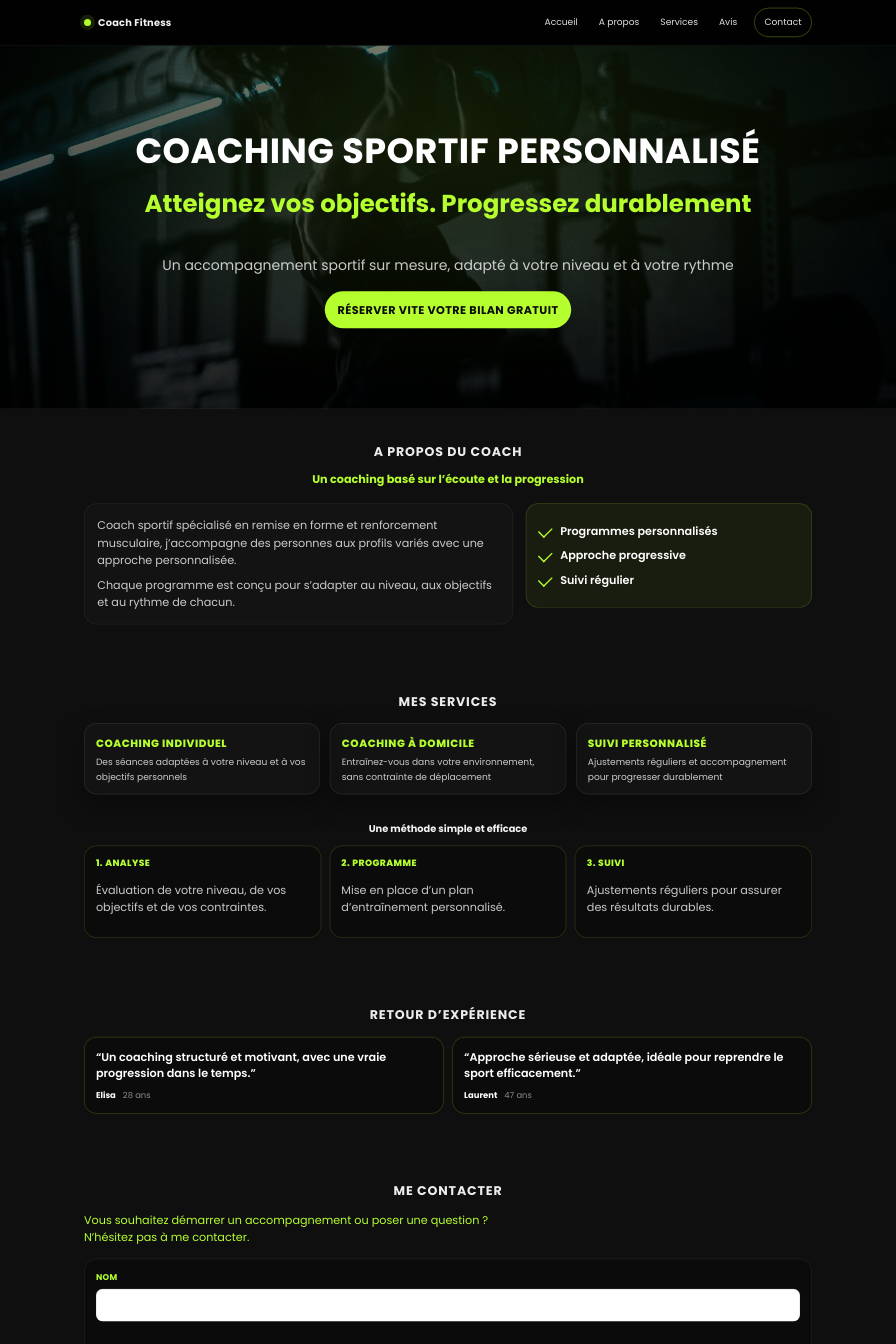
Repository: ThomasHdrd/CoachFitness
Page: index.html
These files come from the project's save history. The page is drawn as it stood at one moment and after the next save; the edit follows.
The browser window is 1280 px wide. The pictures show the part of the page from y = 0 to 1920 px (the page is 2987 px tall), at 70% of full size.

Above is the page before, as saved 2026-01-20 21:57:22.

### index.html
<!doctype html>
<html lang="fr">
<head>
  <meta charset="utf-8" />
  <meta name="viewport" content="width=device-width, initial-scale=1" />
  <title>Coach Fitness — Landing Page</title>

  <!-- Poppins -->
  <link rel="preconnect" href="https://fonts.googleapis.com">
  <link rel="preconnect" href="https://fonts.gstatic.com" crossorigin>
  <link href="https://fonts.googleapis.com/css2?family=Poppins:wght@300;400;500;600;700;800&display=swap" rel="stylesheet">

  <link rel="stylesheet" href="styles.css" />
</head>
<body>
  <!-- Header -->
  <header class="site-header" id="top">
    <div class="container header-inner">
      <a class="brand" href="#top" aria-label="Retour en haut">
        <span class="brand-dot" aria-hidden="true"></span>
        <span class="brand-text">Coach Fitness</span>
      </a>

      <button class="nav-toggle" aria-controls="site-nav" aria-expanded="false">
        <span class="sr-only">Ouvrir le menu</span>
        <span class="burger" aria-hidden="true"></span>
      </button>

      <nav class="site-nav" id="site-nav" aria-label="Navigation principale">
        <a class="nav-link" href="#accueil">Accueil</a>
        <a class="nav-link" href="#apropos">A propos</a>
        <a class="nav-link" href="#services">Services</a>
        <a class="nav-link" href="#avis">Avis</a>
        <a class="nav-link nav-cta" href="#contact">Contact</a>
      </nav>
    </div>
  </header>

  <main>
    <!-- HERO -->
    <section class="hero" id="accueil">
      <div class="hero-overlay" aria-hidden="true"></div>
      <div class="container hero-content">
        <p class="hero-kicker">Coaching sportif personnalisé</p>
        <h1 class="hero-title accent">Atteignez vos objectifs. Progressez durablement</h1>
        <p class="hero-subtitle">
          Un accompagnement sportif sur mesure, adapté à votre niveau et à votre rythme
        </p>
        <a class="btn btn-primary" href="#contact">RÉSERVER VITE VOTRE BILAN GRATUIT</a>
      </div>
    </section>

    <!-- A PROPOS -->
    <section class="section" id="apropos">
      <div class="container">
        <h2 class="section-title">A PROPOS DU COACH</h2>
        <h3 class="section-lead accent">Un coaching basé sur l’écoute et la progression</h3>

        <div class="about-grid">
          <div class="about-text">
            <p class="muted">
              Coach sportif spécialisé en remise en forme et renforcement musculaire, j’accompagne des personnes aux profils variés
              avec une approche personnalisée.
            </p>
            <p class="muted">
              Chaque programme est conçu pour s’adapter au niveau, aux objectifs et au rythme de chacun.
            </p>
          </div>

          <ul class="checks">
            <li>Programmes personnalisés</li>
            <li>Approche progressive</li>
            <li>Suivi régulier</li>
          </ul>
        </div>
      </div>
    </section>

    <!-- SERVICES -->
    <section class="section" id="services">
      <div class="container">
        <h2 class="section-title">MES SERVICES</h2>

        <div class="cards">
          <article class="card">
            <h3 class="card-title accent">COACHING INDIVIDUEL</h3>
            <p class="card-text">Des séances adaptées à votre niveau et à vos objectifs personnels</p>
          </article>

          <article class="card">
            <h3 class="card-title accent">COACHING À DOMICILE</h3>
            <p class="card-text">Entraînez-vous dans votre environnement, sans contrainte de déplacement</p>
          </article>

          <article class="card">
            <h3 class="card-title accent">SUIVI PERSONNALISÉ</h3>
            <p class="card-text">Ajustements réguliers et accompagnement pour progresser durablement</p>
          </article>
        </div>

        <div class="method">
          <h3 class="method-title">Une méthode simple et efficace</h3>

          <div class="method-steps">
            <div class="step">
              <div class="step-num accent">1. ANALYSE</div>
              <p class="muted">Évaluation de votre niveau, de vos objectifs et de vos contraintes.</p>
            </div>
            <div class="step">
              <div class="step-num accent">2. PROGRAMME</div>
              <p class="muted">Mise en place d’un plan d’entraînement personnalisé.</p>
            </div>
            <div class="step">
              <div class="step-num accent">3. SUIVI</div>
              <p class="muted">Ajustements réguliers pour assurer des résultats durables.</p>
            </div>
          </div>
        </div>
      </div>
    </section>

    <!-- AVIS -->
    <section class="section" id="avis">
      <div class="container">
        <h2 class="section-title">RETOUR D’EXPÉRIENCE</h2>

        <div class="testimonials">
          <figure class="testimonial">
            <blockquote>
              “Un coaching structuré et motivant, avec une vraie progression dans le temps.”
            </blockquote>
            <figcaption>
              <span class="name">Elisa</span>
              <span class="meta">28 ans</span>
            </figcaption>
          </figure>

          <figure class="testimonial">
            <blockquote>
              “Approche sérieuse et adaptée, idéale pour reprendre le sport efficacement.”
            </blockquote>
            <figcaption>
              <span class="name">Laurent</span>
              <span class="meta">47 ans</span>
            </figcaption>
          </figure>
        </div>
      </div>
    </section>

    <!-- CONTACT -->
    <section class="section" id="contact">
      <div class="container">
        <h2 class="section-title">ME CONTACTER</h2>
        <p class="contact-lead accent">
          Vous souhaitez démarrer un accompagnement ou poser une question ?<br />
          N’hésitez pas à me contacter.
        </p>

        <form class="form" id="contactForm" novalidate>
          <div class="field">
            <label for="nom">Nom</label>
            <input id="nom" name="nom" type="text" autocomplete="family-name" required />
            <small class="error" data-error-for="nom"></small>
          </div>

          <div class="field">
            <label for="prenom">Prénom</label>
            <input id="prenom" name="prenom" type="text" autocomplete="given-name" required />
            <small class="error" data-error-for="prenom"></small>
          </div>

          <div class="field">
            <label for="email">Email</label>
            <input id="email" name="email" type="email" autocomplete="email" required />
            <small class="error" data-error-for="email"></small>
          </div>

          <div class="field">
            <label for="message">Message</label>
            <textarea id="message" name="message" rows="5" required></textarea>
            <small class="error" data-error-for="message"></small>
          </div>

          <button class="btn btn-primary btn-wide" type="submit">ENVOYER</button>
          <p class="form-note muted" id="formStatus" role="status" aria-live="polite"></p>
        </form>
      </div>
    </section>

    <!-- FAQ -->
    <section class="section" id="faq">
      <div class="container">
        <h2 class="section-title">QUESTIONS FRÉQUENTES</h2>

        <div class="faq">
          <details class="faq-item" open>
            <summary>À qui s’adresse le coaching ?</summary>
            <div class="faq-body muted">
              Le coaching s’adresse à toute personne souhaitant reprendre le sport, améliorer sa condition physique ou atteindre un objectif précis
              (remise en forme, renforcement musculaire, perte de poids, bien-être). Les programmes sont adaptés au niveau, au rythme et aux contraintes de chacun.
            </div>
          </details>

          <details class="faq-item">
            <summary>Faut-il déjà être sportif pour commencer ?</summary>
            <div class="faq-body muted">
              Non. Le coaching s’adapte à votre niveau actuel. La progression est construite étape par étape, avec une intensité ajustée.
            </div>
          </details>

          <details class="faq-item">
            <summary>Comment se déroule le suivi ?</summary>
            <div class="faq-body muted">
              Après une analyse de votre situation, un programme personnalisé est mis en place puis ajusté régulièrement selon vos retours et votre progression.
            </div>
          </details>

          <details class="faq-item">
            <summary>Le coaching se fait-il à domicile ou en salle ?</summary>
            <div class="faq-body muted">
              Les deux sont possibles. Le format dépend de vos préférences, de votre matériel et de vos contraintes de planning.
            </div>
          </details>

          <details class="faq-item">
            <summary>Le premier échange est-il gratuit ?</summary>
            <div class="faq-body muted">
              Oui. Le premier échange permet de comprendre votre besoin et de déterminer l’accompagnement le plus adapté, sans engagement.
            </div>
          </details>
        </div>
      </div>
    </section>
  </main>

  <!-- Footer -->
  <footer class="site-footer">
    <div class="container footer-inner">
      <p class="footer-tag muted">Coaching personnalisé • Progression durable • Bien-être</p>
      <p class="footer-copy muted">© 2026 Coach Sportif Indépendant • Tous droits réservés.</p>
    </div>
  </footer>

  <script src="app.js" defer></script>
</body>
</html>

### styles.css
:root{
  --bg: #0F0F0F;            /* demandé */
  --bar: rgba(0,0,0,.90);   /* header/footer */
  --accent: #B6FF2E;        /* demandé */
  --text: #FFFFFF;
  --muted: rgba(255,255,255,.78);
  --muted2: rgba(255,255,255,.62);
  --line: rgba(182,255,46,.38);
  --card: rgba(255,255,255,.04);
  --shadow: 0 16px 40px rgba(0,0,0,.45);
  --radius: 14px;
  --radius-lg: 18px;
  --max: 1040px;
}

*{ box-sizing: border-box; }
html{ scroll-behavior: smooth; }
body{
  margin:0;
  font-family: "Poppins", system-ui, -apple-system, Segoe UI, Roboto, Arial, sans-serif;
  background: var(--bg);
  color: var(--text);
}

.container{
  width:min(100% - 40px, var(--max));
  margin-inline:auto;
}

.sr-only{
  position:absolute;
  width:1px;height:1px;
  padding:0;margin:-1px;
  overflow:hidden;clip:rect(0,0,0,0);
  white-space:nowrap;border:0;
}

/* Header */
.site-header{
  position: sticky;
  top: 0;
  z-index: 50;
  background: var(--bar);
  backdrop-filter: blur(8px);
  border-bottom: 1px solid rgba(255,255,255,.06);
}

.header-inner{
  height: 64px;
  display:flex;
  align-items:center;
  justify-content:space-between;
  gap: 14px;
}

.brand{
  display:flex;
  align-items:center;
  gap:10px;
  text-decoration:none;
  color: var(--text);
  font-weight: 700;
  letter-spacing:.3px;
}
.brand-dot{
  width:10px;height:10px;
  border-radius:999px;
  background: var(--accent);
  box-shadow: 0 0 0 6px rgba(182,255,46,.12);
}
.brand-text{ font-size: 14px; opacity:.95; }

.site-nav{
  display:flex;
  align-items:center;
  gap: 18px;
}
.nav-link{
  color: var(--text);
  text-decoration:none;
  font-size: 13px;
  opacity: .88;
  transition: opacity .2s ease, color .2s ease;
  padding: 10px 6px;
}
.nav-link:hover{ opacity:1; color: var(--accent); }

.nav-cta{
  border: 1px solid rgba(182,255,46,.45);
  border-radius: 999px;
  padding: 10px 14px;
}
.nav-cta:hover{
  background: rgba(182,255,46,.10);
}

/* Mobile nav */
.nav-toggle{
  display:none;
  border:0;
  background: transparent;
  color: var(--text);
  padding: 10px;
  border-radius: 10px;
}
.nav-toggle:hover{ background: rgba(255,255,255,.06); }
.burger{
  width: 22px; height: 2px;
  display:block;
  background: var(--text);
  position: relative;
}
.burger::before,.burger::after{
  content:"";
  position:absolute;
  left:0;
  width:22px;height:2px;
  background: var(--text);
}
.burger::before{ top:-7px; }
.burger::after{ top:7px; }

/* Hero */
.hero{
  position: relative;
  min-height: 72vh;
  display:flex;
  align-items:center;
  padding: 52px 0;
  background:
    linear-gradient(180deg, rgba(0,0,0,.55), rgba(0,0,0,.88)),
    url("assets/hero.jpg") center/cover no-repeat;
  background-position: center 35%;
}
.hero-overlay{
  position:absolute;
  inset:0;
  background: radial-gradient(1200px 600px at 50% 25%, rgba(182,255,46,.10), transparent 60%);
  pointer-events:none;
}
.hero-content{
  position:relative;
  text-align:center;
}
.hero-kicker{
  margin:0 0 10px;
  font-size: 50px;
  letter-spacing: .6px;
  text-transform: uppercase;
  font-weight: bold;
}
.hero-title{
  margin: 0 auto;
  font-size: 35px;
}
.hero-title .accent{
  display:block;
  color: var(--accent);
  font-weight: 800;
  text-transform:none;
  margin-top: 8px;
}
.hero-subtitle{
  margin: 16px auto 22px;
  padding-top: 30px;
  color: var(--muted);
  font-size: 20px;
  line-height: 1.55;
}

/* Buttons */
.btn{
  display:inline-flex;
  align-items:center;
  justify-content:center;
  gap:10px;
  text-decoration:none;
  border: 0;
  cursor:pointer;
  font-weight: 700;
  letter-spacing: .6px;
  text-transform: uppercase;
  border-radius: 999px;
  padding: 14px 18px;
  box-shadow: var(--shadow);
}
.btn-primary{
  background: var(--accent);
  color: #0A0A0A;
}
.btn-primary:hover{ filter: brightness(.95); }
.btn-wide{ width: 100%; margin-top: 10px; }

/* Sections */
.section{
  padding: 48px 0;
}
.section-title{
  text-align:center;
  margin: 0 0 14px;
  font-size: 18px;
  letter-spacing: 1.2px;
  text-transform: uppercase;
  opacity: .92;
}
.section-lead{
  text-align:center;
  margin: 0 0 22px;
  font-size: 16px;
  font-weight: 700;
}
.accent{ color: var(--accent); }
.muted{ color: var(--muted); }
.muted2{ color: var(--muted2); }

/* About */
.about-grid{
  display:grid;
  gap: 18px;
  align-items:start;
}
.about-text{
  background: rgba(255,255,255,.02);
  border: 1px solid rgba(255,255,255,.06);
  border-radius: var(--radius-lg);
  padding: 18px;
}
.about-text p{ margin: 0 0 10px; }
.about-text p:last-child{ margin-bottom: 0; }

.checks{
  list-style:none;
  margin:0;
  padding: 16px 18px;
  border-radius: var(--radius-lg);
  border: 1px solid rgba(182,255,46,.20);
  background: rgba(182,255,46,.06);
}
.checks li{
  position: relative;
  padding-left: 30px;
  margin: 10px 0;
  font-weight: 600;
}
.checks li::before{
  content:"";
  position:absolute;
  left:0; top: 6px;
  width: 16px; height: 10px;
  border-left: 2px solid var(--accent);
  border-bottom: 2px solid var(--accent);
  transform: rotate(-45deg);
}

/* Cards */
.cards{
  display:grid;
  gap: 14px;
  margin-top: 18px;
}
.card{
  background: rgba(255,255,255,.02);
  border: 1px solid rgba(255,255,255,.10);
  border-radius: var(--radius-lg);
  padding: 16px 16px 14px;
  box-shadow: 0 14px 34px rgba(0,0,0,.35);
}
.card-title{
  margin:0 0 6px;
  font-size: 15px;
  font-weight: 800;
  text-transform: uppercase;
  letter-spacing: .8px;
}
.card-text{
  margin:0;
  color: var(--muted);
  font-size: 13px;
  line-height: 1.55;
}

/* Method */
.method{
  margin-top: 26px;
  padding-top: 12px;
}
.method-title{
  text-align:center;
  margin: 0 0 14px;
  font-size: 14px;
  font-weight: 700;
  opacity: .95;
}
.method-steps{
  display:grid;
  gap: 12px;
}
.step{
  border: 1px solid rgba(182,255,46,.18);
  background: rgba(0,0,0,.25);
  border-radius: var(--radius-lg);
  padding: 14px 16px;
}
.step-num{
  font-weight: 800;
  letter-spacing: .6px;
  text-transform: uppercase;
  font-size: 13px;
  margin-bottom: 6px;
}

/* Testimonials */
.testimonials{
  display:grid;
  gap: 12px;
  margin-top: 18px;
}
.testimonial{
  margin:0;
  border: 1px solid rgba(182,255,46,.22);
  background: rgba(0,0,0,.25);
  border-radius: var(--radius-lg);
  padding: 16px;
}
.testimonial blockquote{
  margin:0 0 10px;
  color: var(--text);
  font-weight: 600;
  line-height: 1.5;
}
.testimonial figcaption{
  display:flex;
  gap: 10px;
  align-items:baseline;
  color: var(--muted2);
  font-size: 12px;
}
.testimonial .name{ color: var(--text); font-weight: 700; }
.testimonial .meta{ opacity:.85; }

/* Form */
.form{
  margin-top: 18px;
  border-radius: var(--radius-lg);
  border: 1px solid rgba(255,255,255,.08);
  background: rgba(0,0,0,.25);
  padding: 16px;
}
.field{ margin-bottom: 12px; }
label{
  display:block;
  font-size: 12px;
  font-weight: 700;
  letter-spacing: .4px;
  margin-bottom: 8px;
  color: var(--accent);
  text-transform: uppercase;
}
input, textarea{
  width:100%;
  font-family: inherit;
  font-size: 14px;
  color: #0A0A0A;
  background: #FFFFFF;
  border: 1px solid rgba(0,0,0,.12);
  border-radius: 10px;
  padding: 12px 12px;
  outline: none;
}
textarea{ resize: vertical; min-height: 110px; }
input:focus, textarea:focus{
  box-shadow: 0 0 0 4px rgba(182,255,46,.20);
  border-color: rgba(182,255,46,.55);
}
.error{
  display:block;
  min-height: 16px;
  margin-top: 6px;
  font-size: 12px;
  color: #FF6B6B;
}
.form-note{
  margin: 10px 0 0;
  font-size: 12px;
}

/* FAQ */
.faq{
  margin-top: 18px;
  border-radius: var(--radius-lg);
  overflow:hidden;
  border: 1px solid rgba(182,255,46,.16);
  background: rgba(0,0,0,.25);
}
.faq-item{
  border-top: 1px solid rgba(182,255,46,.12);
}
.faq-item:first-child{ border-top: 0; }
.faq-item summary{
  list-style:none;
  cursor:pointer;
  padding: 14px 16px;
  font-weight: 700;
  font-size: 13px;
  position: relative;
}
.faq-item summary::-webkit-details-marker{ display:none; }
.faq-item summary::after{
  content:"+";
  position:absolute;
  right: 16px;
  top: 10px;
  width: 28px; height: 28px;
  display:grid;
  place-items:center;
  border-radius: 999px;
  color: var(--accent);
  border: 1px solid rgba(182,255,46,.28);
  background: rgba(182,255,46,.08);
}
.faq-item[open] summary::after{ content:"–"; }
.faq-body{
  padding: 0 16px 16px;
  font-size: 13px;
  line-height: 1.6;
}

/* Footer */
.site-footer{
  background: var(--bar);
  border-top: 1px solid rgba(255,255,255,.06);
  padding: 18px 0;
}
.footer-inner{
  text-align:center;
  display:grid;
  gap: 8px;
}
.footer-tag, .footer-copy{
  margin:0;
  font-size: 12px;
}

/* Responsive */
@media (min-width: 820px){
  .hero-content{ text-align:center; }
  .about-grid{
    grid-template-columns: 1.2fr .8fr;
    gap: 18px;
  }
  .cards{
    grid-template-columns: repeat(3, 1fr);
  }
  .method-steps{
    grid-template-columns: repeat(3, 1fr);
  }
  .testimonials{
    grid-template-columns: repeat(2, 1fr);
  }
}

/* Mobile nav behavior */
@media (max-width: 760px){
  .nav-toggle{ display:inline-flex; }
  .site-nav{
    position: fixed;
    inset: 64px 12px auto 12px;
    background: rgba(0,0,0,.95);
    border: 1px solid rgba(255,255,255,.08);
    border-radius: 16px;
    padding: 12px;
    display:none;
    flex-direction: column;
    gap: 6px;
    box-shadow: 0 18px 50px rgba(0,0,0,.6);
  }
  .site-nav.is-open{ display:flex; }
  .nav-link{ width:100%; text-align:center; padding: 12px; }
  .nav-cta{ width:100%; }
}

### app.js
// Mobile menu toggle
const toggle = document.querySelector('.nav-toggle');
const nav = document.querySelector('#site-nav');

if (toggle && nav) {
  toggle.addEventListener('click', () => {
    const isOpen = nav.classList.toggle('is-open');
    toggle.setAttribute('aria-expanded', String(isOpen));
  });

  // Close menu on link click (mobile)
  nav.querySelectorAll('a').forEach(a => {
    a.addEventListener('click', () => {
      nav.classList.remove('is-open');
      toggle.setAttribute('aria-expanded', 'false');
    });
  });

  // Close on ESC
  document.addEventListener('keydown', (e) => {
    if (e.key === 'Escape') {
      nav.classList.remove('is-open');
      toggle.setAttribute('aria-expanded', 'false');
    }
  });
}

// FAQ: allow only one open at a time (optional premium behavior)
const faqItems = document.querySelectorAll('.faq-item');
faqItems.forEach((item) => {
  item.addEventListener('toggle', () => {
    if (item.open) {
      faqItems.forEach((other) => {
        if (other !== item) other.open = false;
      });
    }
  });
});

// Contact form validation (front only, demo)
const form = document.getElementById('contactForm');
const statusEl = document.getElementById('formStatus');

function setError(name, message) {
  const el = document.querySelector(`[data-error-for="${name}"]`);
  if (el) el.textContent = message || '';
}

function isEmail(v) {
  return /^[^\s@]+@[^\s@]+\.[^\s@]+$/.test(v);
}

if (form) {
  form.addEventListener('submit', (e) => {
    e.preventDefault();

    const data = new FormData(form);
    const nom = String(data.get('nom') || '').trim();
    const prenom = String(data.get('prenom') || '').trim();
    const email = String(data.get('email') || '').trim();
    const message = String(data.get('message') || '').trim();

    let ok = true;

    setError('nom', '');
    setError('prenom', '');
    setError('email', '');
    setError('message', '');
    if (statusEl) statusEl.textContent = '';

    if (!nom) { setError('nom', 'Veuillez renseigner votre nom.'); ok = false; }
    if (!prenom) { setError('prenom', 'Veuillez renseigner votre prénom.'); ok = false; }
    if (!email || !isEmail(email)) { setError('email', 'Veuillez renseigner un email valide.'); ok = false; }
    if (!message || message.length < 10) { setError('message', 'Veuillez écrire un message (min. 10 caractères).'); ok = false; }

    if (!ok) return;

    // Demo success
    form.reset();
    if (statusEl) statusEl.textContent = "Message envoyé (démo). Je reviens vers vous au plus vite.";
  });
}

After the next save:
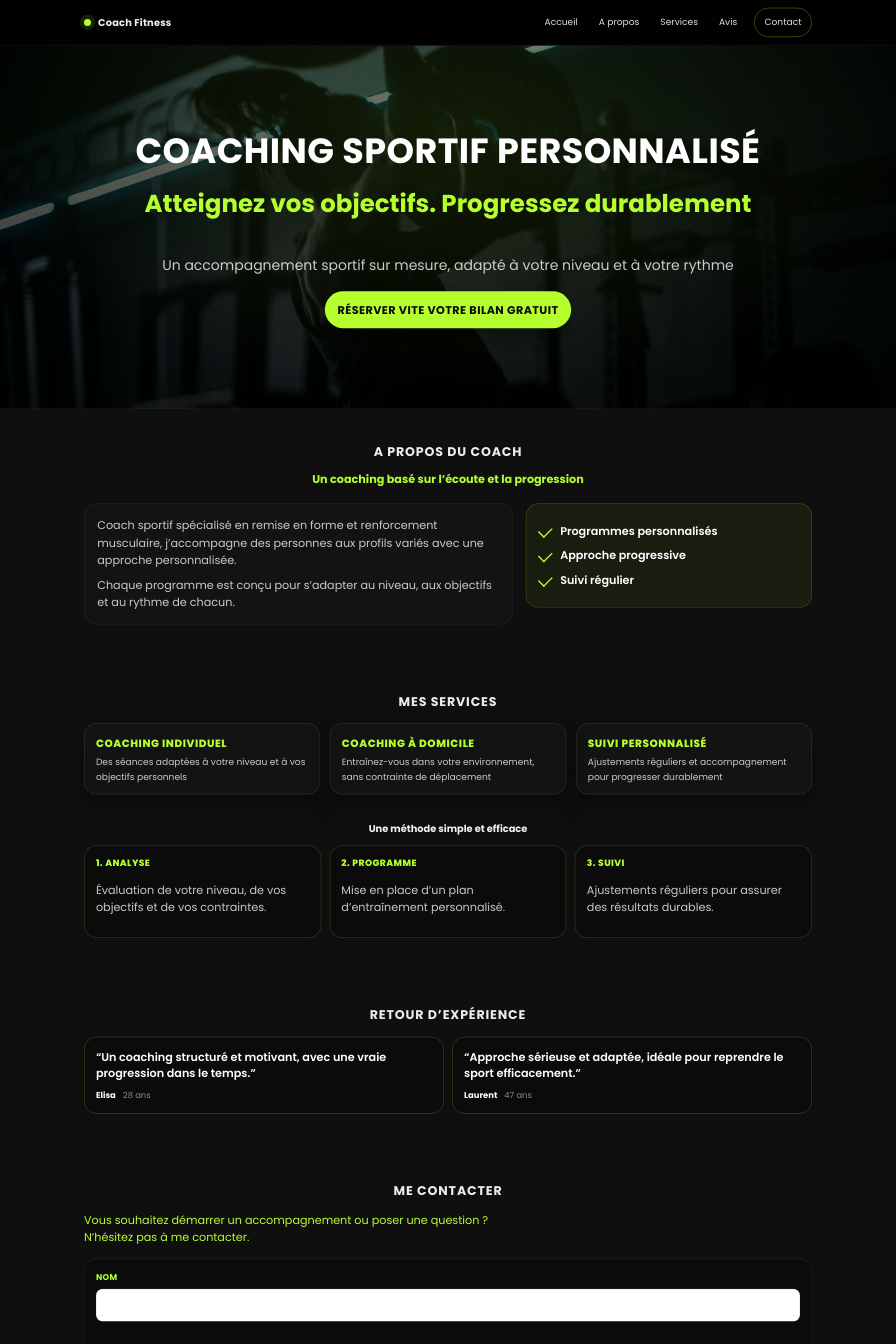
Saved 5 s later.
--- a/styles.css
+++ b/styles.css
@@ -130,7 +130,7 @@ body{
   background:
     linear-gradient(180deg, rgba(0,0,0,.55), rgba(0,0,0,.88)),
     url("assets/hero.jpg") center/cover no-repeat;
-  background-position: center 35%;
+  background-position: center 30%;
 }
 .hero-overlay{
   position:absolute;
